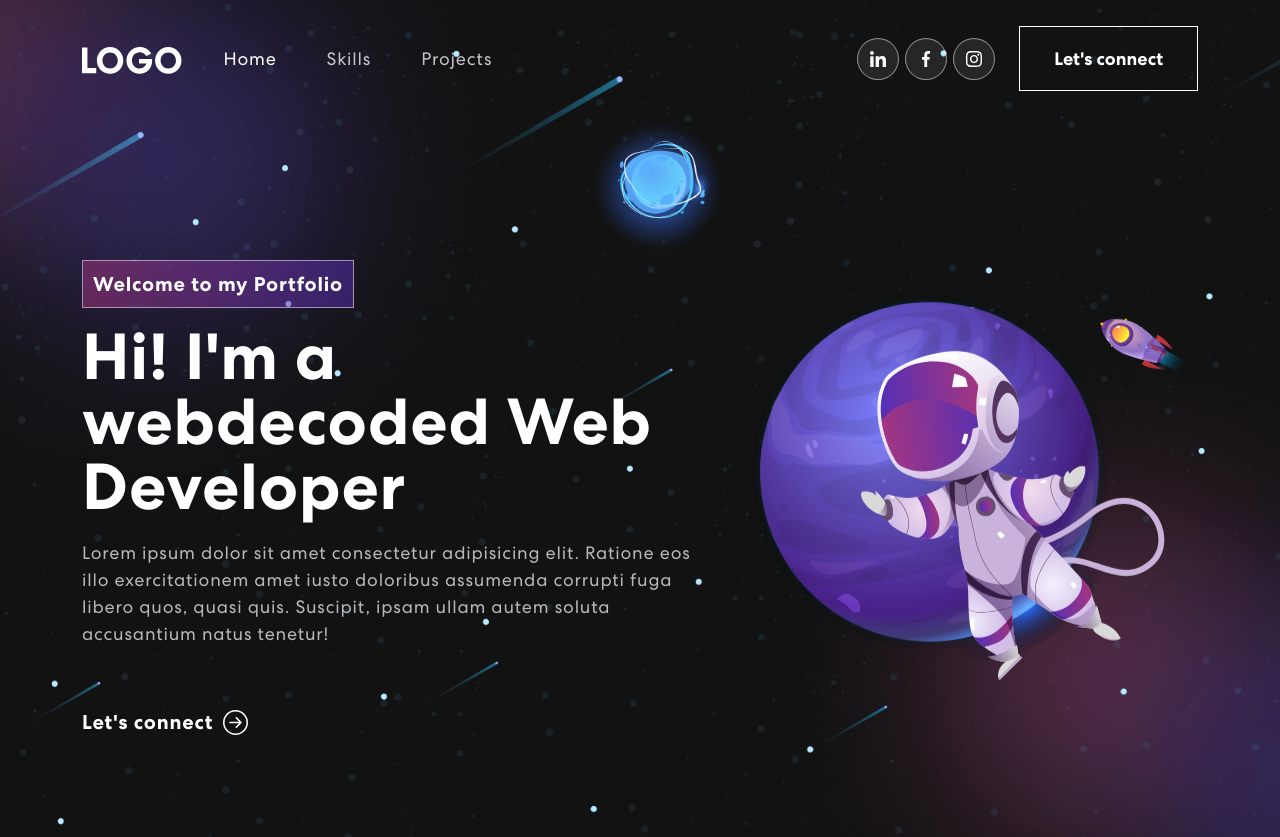
Repository: tynoschuck/personal-space-portfolio
Page: /
The author's editor kept a copy of each file at every save. The page is drawn from the files as they stood at one save, then again after the next save.
The browser window is 1280 px wide. The pictures show the whole page.
The project was rebuilt for these pictures with package versions that can differ from the ones it lists, and the page was loaded fresh each time.

Above is the page before, as saved 2023-01-01 14:56:49.

After the next save:
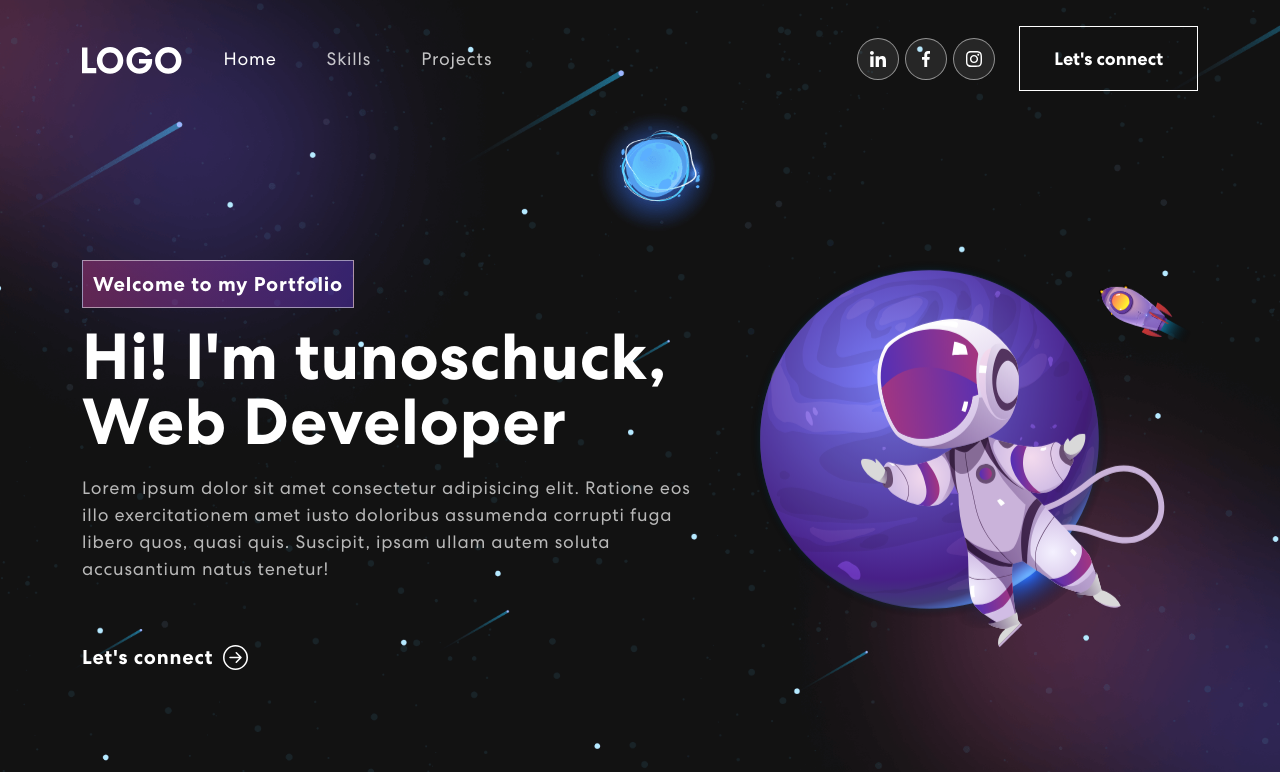
Saved 18 h 50 min later.
--- a/src/components/Banner.js
+++ b/src/components/Banner.js
@@ -49,7 +49,7 @@ export const Banner = () => {
           <Col xs={12} md={6} xl={7}>
             <span className="tagline">Welcome to my Portfolio</span>
             <h1>
-              {`Hi! I'm a webdecoded`}
+              {`Hi! I'm tunoschuck,`}
               <span className="wrap"> {text}</span>
             </h1>
             <p>
